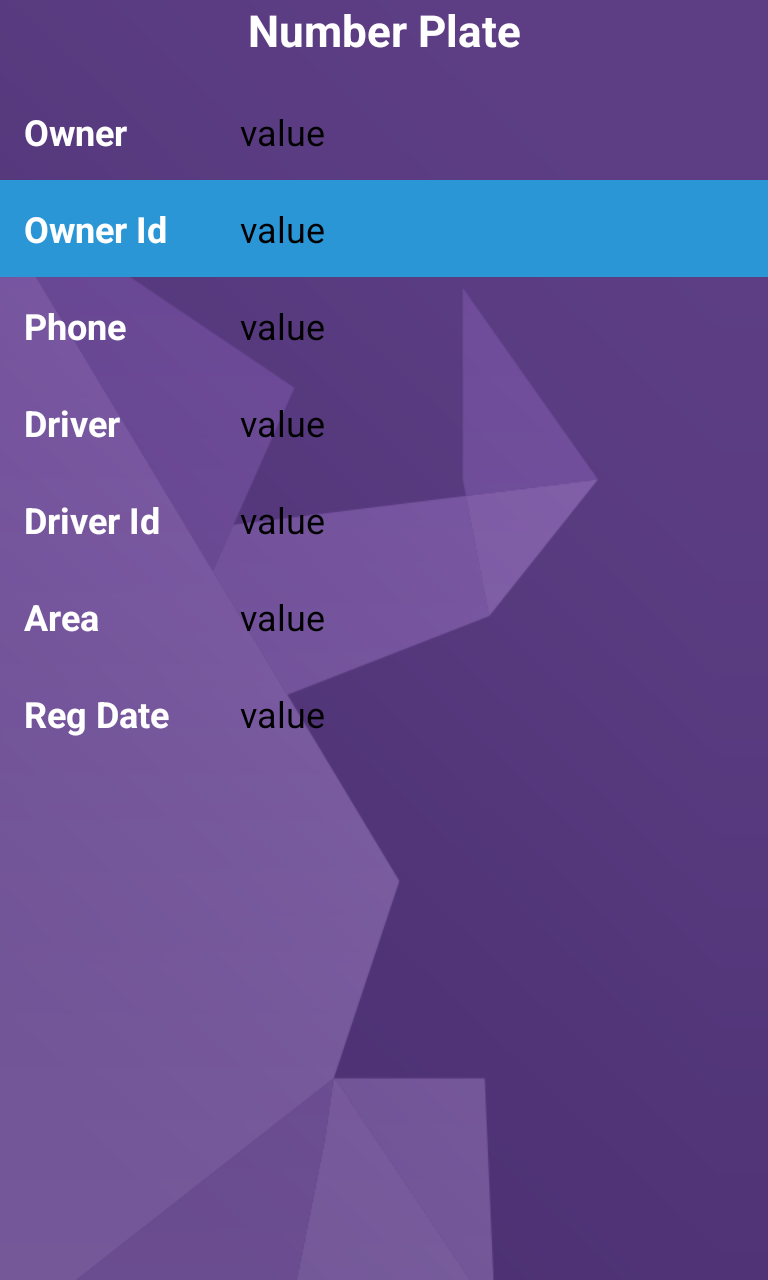
Repository: walteranyika/personal
Layout: PikiPiki/res/layout/activity_details.xml
An editor plug-in stored every save of this project. The layout is shown before and after the next save, followed by the edit.
It is drawn on a 768 x 1280 px phone screen (xhdpi) without system bars, with theme AppTheme; the app's code is not run.

Above is the layout before, as saved 2015-11-06 12:20:16.

After the next save:
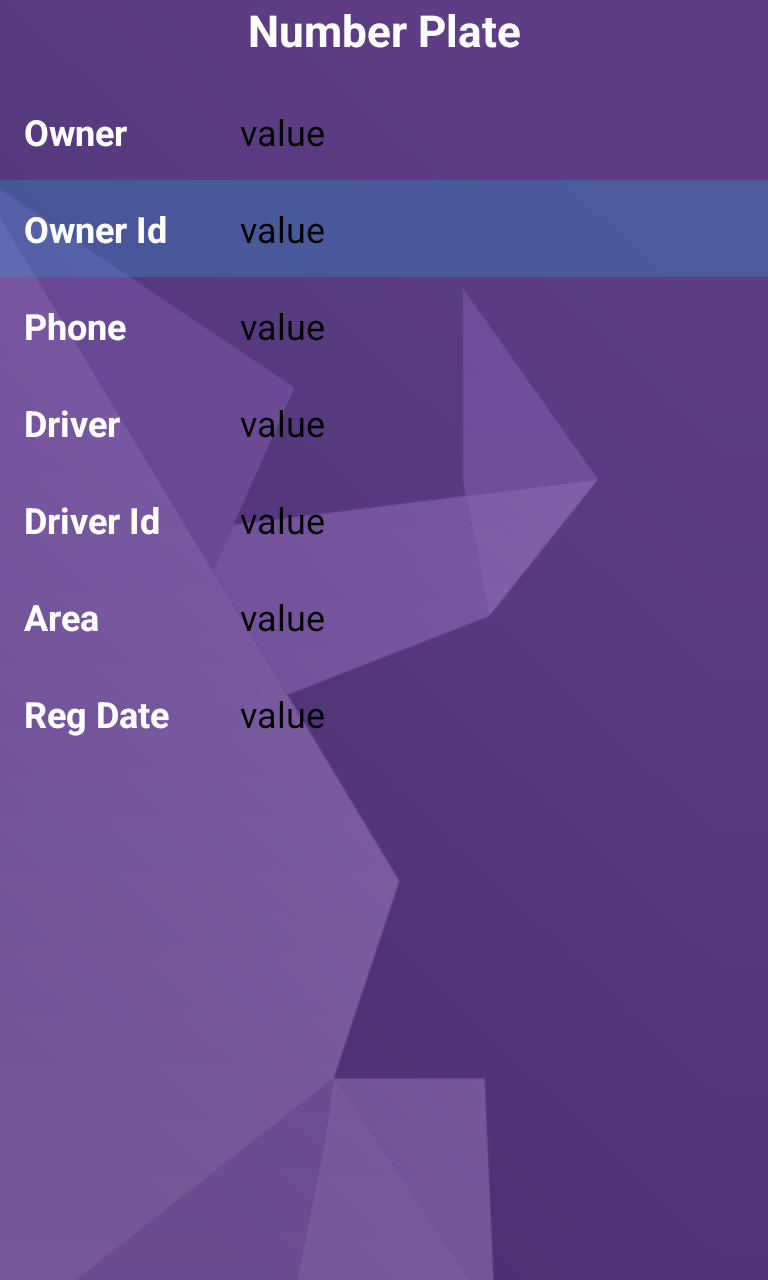
Saved 17 h 15 min later.
--- a/PikiPiki/res/layout/activity_details.xml
+++ b/PikiPiki/res/layout/activity_details.xml
@@ -28,7 +28,8 @@
         android:textStyle="bold" />
 
     <LinearLayout
-        android:background="#2a96d5"
+        android:background="#502a96d5"
+
         android:padding="12dp"
         android:id="@+id/LinearLayout01"
         android:layout_width="fill_parent"
